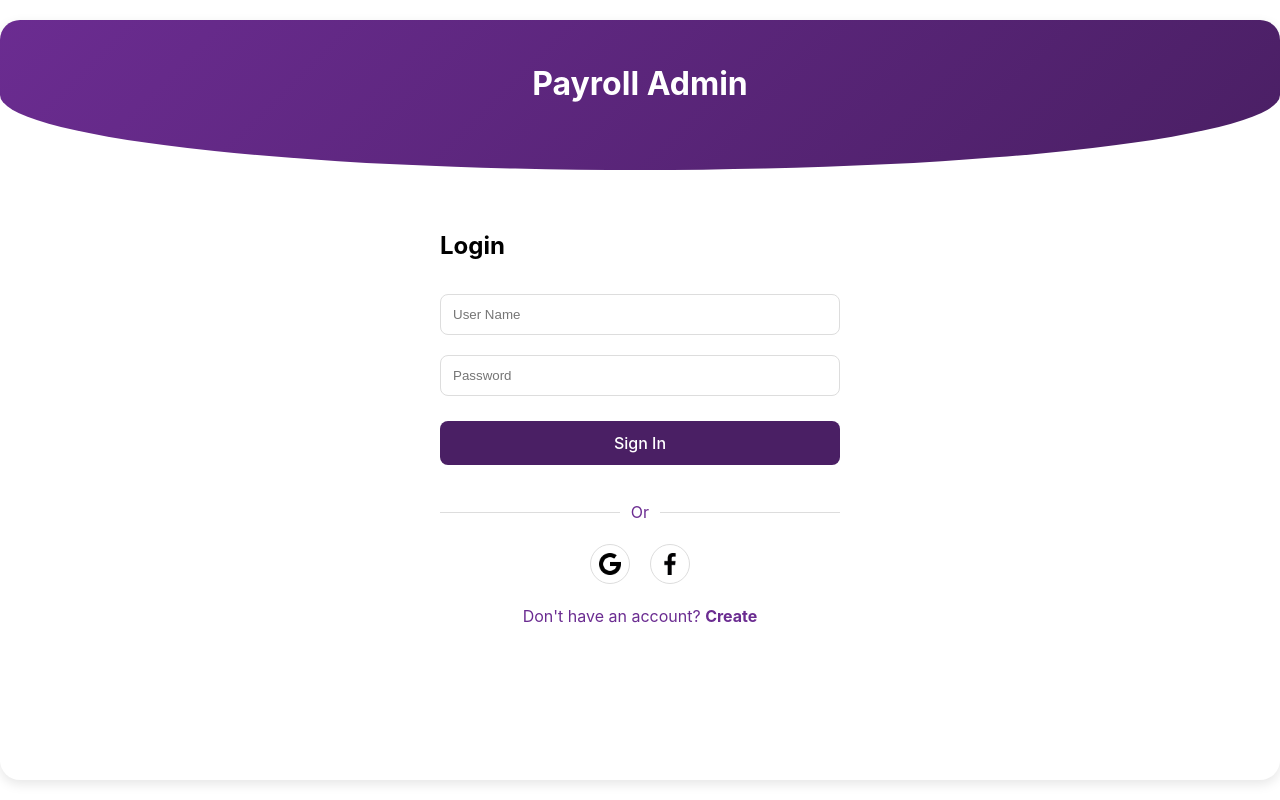
Repository: nino-pixel/payrolllatest
Page: / (app in web_vue/)
An editor plug-in stored every save of this project. The page is shown before and after a run of saves, followed by the edit.
The browser window is 1280 px wide. The pictures show the whole page.
The project was rebuilt for these pictures with package versions that can differ from the ones it lists, and the page was loaded fresh each time. Also part of the build but not shown: web_vue/vite.config.js, web_vue/src/components/sign_up.vue, web_vue/src/components/dashboard.vue, web_vue/src/components/employee_management.vue, web_vue/src/components/attendance_management.vue, web_vue/src/components/generate_payroll.vue, web_vue/src/components/mark_attendance_manually.vue, web_vue/src/components/view_payment_history.vue and 2 more.

Above is the page before, as saved 2024-12-20 08:12:34.

### web_vue/src/main.js
import { createApp } from 'vue'
import './style.css'
import App from './App.vue'
import router from './router'
import html2pdf from 'html2pdf.js';
// ECharts imports
import VChart from 'vue-echarts'
import { use } from 'echarts/core'
import { CanvasRenderer } from 'echarts/renderers'
import { PieChart, LineChart, BarChart, GaugeChart } from 'echarts/charts'
import {
  TitleComponent,
  TooltipComponent,
  LegendComponent,
  GridComponent
} from 'echarts/components'

// Register ECharts components
use([
  CanvasRenderer,
  PieChart,
  LineChart,
  BarChart,
  GaugeChart,
  TitleComponent,
  TooltipComponent,
  LegendComponent,
  GridComponent
])

const app = createApp(App)
app.component('v-chart', VChart)
app.use(router)
app.mount('#app')

### web_vue/src/style.css
:root {
  font-family: Inter, system-ui, Avenir, Helvetica, Arial, sans-serif;
  line-height: 1.5;
  font-weight: 400;
  color-scheme: light dark;
  color: rgba(255, 255, 255, 0.87);
  background-color: #242424;
  font-synthesis: none;
  text-rendering: optimizeLegibility;
  -webkit-font-smoothing: antialiased;
  -moz-osx-font-smoothing: grayscale;
}

body {
  margin: 0;
  padding: 0;
  min-height: 100vh;
  width: 100%;
}

/* Remove the centering and width constraints */
#app {
  max-width: none;
  margin: 0;
  padding: 0;
  width: 100%;
  min-height: 100vh;
}

/* Adjust other styles */
.card {
  padding: 2em;
  width: 100%;
  box-sizing: border-box;
}

button {
  border-radius: 8px;
  border: 1px solid transparent;
  padding: 0.6em 1.2em;
  font-size: 1em;
  font-weight: 500;
  font-family: inherit;
  background-color: #1a1a1a;
  cursor: pointer;
  transition: border-color 0.25s;
}

/* Media query adjustments */
@media (prefers-color-scheme: light) {
  :root {
    color: #213547;
    background-color: #ffffff;
  }
  a:hover {
    color: #747bff;
  }
  button {
    background-color: #f9f9f9;
  }
}

### web_vue/src/App.vue
<template>
  <div id="app">
    <Sidebar v-if="showSidebar" />
    <router-view />
  </div>
</template><script>
import Sidebar from './components/Sidebar.vue'

export default {
  name: 'App',
  components: {
    Sidebar
  },
  computed: {
    showSidebar() {
      // Don't show sidebar on login or signup pages
      const noSidebarRoutes = ['/login', '/signup']
      return !noSidebarRoutes.includes(this.$route.path)
    }
  }
}
</script>

<style>
#app {
  display: flex;
}

.router-view {
  margin-left: v-bind('showSidebar ? "250px" : "0"');
  width: 100%;
}
</style>

### web_vue/src/router/index.js
import { createRouter, createWebHistory } from 'vue-router'
import LoginPage from '../components/login_page.vue'
import SignupPage from '../components/sign_up.vue'
import Dashboard from '../components/dashboard.vue'
import EmployeeManagement from '../components/employee_management.vue'
import AttendanceManagement from '../components/attendance_management.vue'
import GeneratePayroll from '../components/generate_payroll.vue'
import MarkAttendanceManually from '../components/mark_attendance_manually.vue'
import ViewPaymentHistory from '../components/view_payment_history.vue'
import SalaryAdjustment from '../components/salary_adjustment.vue'
import reports_and_analytics from '../components/reports_and_analytics.vue'
import Sidebar from '../components/Sidebar.vue'
const routes = [
  {
    path: '/login',
    name: 'Login',
    component: LoginPage,
    meta: { requiresAuth: false },
    layout: 'no-sidebar'  // Add this meta field


  },
  {
    path: '/',
    redirect: '/dashboard'
  },
  {
    path: '/signup',
    name: 'Signup',
    component: SignupPage,
    meta: { requiresAuth: false },
    layout: 'no-sidebar'  // Add this meta field


  },
  {
    path: '/dashboard',
    name: 'Dashboard',
    component: Dashboard,
    meta: { requiresAuth: true }

  },
  {
    path: '/employees',
    name: 'Employees',
    component: EmployeeManagement,
    meta: { requiresAuth: true }

  },
  {
    path: '/attendance',
    name: 'Attendance',
    component: AttendanceManagement,
    meta: { requiresAuth: true }

  },
  {
    path: '/generate_payroll',
    name: 'GeneratePayroll',
    component: GeneratePayroll
  },
  {
    path: '/mark_attendance_manually',
    name: 'MarkAttendanceManually',
    component: MarkAttendanceManually
  },
  {
    path: '/view_payment_history',
    name: 'ViewPaymentHistory',
    component: ViewPaymentHistory
  },
  {
    path: '/salary_adjustment',
    name: 'SalaryAdjustment',
    component: SalaryAdjustment
  },
  {
    path: '/reports_and_analytics',
    name: 'ReportsAndAnalytics',
    component: reports_and_analytics
  },
  {
    path: '/sidebar',
    name: 'Sidebar',
    component: Sidebar
  }

  // Add other routes here as needed
]

const router = createRouter({
  history: createWebHistory(),
  routes
})
router.beforeEach((to, from, next) => {
  const isAuthenticated = !!localStorage.getItem('token')

  // If route requires auth and user is not authenticated
  if (to.meta.requiresAuth && !isAuthenticated) {
    next('/login')
  }
  // If trying to access login/signup while authenticated
  else if ((to.path === '/login' || to.path === '/signup') && isAuthenticated) {
    next('/dashboard')
  }
  // Otherwise proceed normally
  else {
    next()
  }
})
export default router

### web_vue/src/components/Sidebar.vue
<template>
    <div class="sidebar" :class="{ 'collapsed': isCollapsed }">
      <div class="sidebar-header">
        <img src="../assets/payroll_logo.png" alt="PayrollEmp" class="logo">
      </div>

      <nav class="sidebar-nav">
        <router-link to="/dashboard" class="nav-item">
          <i class="fas fa-chart-line"></i>
          <span v-if="!isCollapsed">Dashboard</span>
        </router-link>

        <div class="nav-group">
          <div class="nav-group-title" v-if="!isCollapsed">Employee Management</div>
          <router-link to="/employees" class="nav-item">
            <i class="fas fa-users"></i>
            <span v-if="!isCollapsed">Employees</span>
          </router-link>
          <router-link to="/salary_adjustment" class="nav-item">
            <i class="fas fa-money-bill-wave"></i>
            <span v-if="!isCollapsed">Salary Adjustment</span>
          </router-link>
        </div>

        <div class="nav-group">
          <div class="nav-group-title" v-if="!isCollapsed">Attendance</div>
          <router-link to="/attendance" class="nav-item">
            <i class="fas fa-calendar-check"></i>
            <span v-if="!isCollapsed">Attendance Management</span>
          </router-link>
          <router-link to="/mark_attendance_manually" class="nav-item">
            <i class="fas fa-clock"></i>
            <span v-if="!isCollapsed">Mark Attendance</span>
          </router-link>
        </div>

        <div class="nav-group">
          <div class="nav-group-title" v-if="!isCollapsed">Payroll</div>
          <router-link to="/generate_payroll" class="nav-item">
            <i class="fas fa-file-invoice-dollar"></i>
            <span v-if="!isCollapsed">Generate Payroll</span>
          </router-link>
          <router-link to="/view_payment_history" class="nav-item">
            <i class="fas fa-history"></i>
            <span v-if="!isCollapsed">Payment History</span>
          </router-link>
        </div>

        <router-link to="/reports_and_analytics" class="nav-item">
          <i class="fas fa-chart-bar"></i>
          <span v-if="!isCollapsed">Reports & Analytics</span>
        </router-link>
      </nav>

      <div class="sidebar-footer">
        <div class="minimize-btn-container">
          <button class="collapse-btn" @click="toggleSidebar">
            <i :class="isCollapsed ? 'fas fa-chevron-right' : 'fas fa-chevron-left'"></i>
          </button>
        </div>

        <div class="logout-container">
          <button class="logout-btn" @click="handleLogout">
            <i class="fas fa-sign-out-alt"></i>
            <span v-if="!isCollapsed">Logout</span>
          </button>
        </div>
      </div>
    </div>
  </template>

  <script>
  export default {
    name: 'Sidebar',
    data() {
      return {
        isCollapsed: false
      }
    },
    methods: {
      toggleSidebar() {
        this.isCollapsed = !this.isCollapsed
      },
      handleLogout() {
        if (confirm('Are you sure you want to logout?')) {
          localStorage.removeItem('token');
          localStorage.removeItem('user');
          this.$router.push('/login');
        }
      }
    }
  }
  </script>

  <style scoped>
  .sidebar {
    width: 250px;
    height: 100vh;
    background: linear-gradient(135deg, #660066, #cc66ff);
    color: white;
    position: fixed;
    left: 0;
    top: 0;
    transition: all 0.3s ease;
    z-index: 100;
    display: flex;
    flex-direction: column;
    overflow: hidden;
  }

  .sidebar.collapsed {
    width: 60px;
  }


  .sidebar-header {
  padding: 0.5rem; /* Reduced padding */
  display: flex;
  align-items: center;
  justify-content: center;
  border-bottom: 1px solid rgba(255, 255, 255, 0.1);
  min-height: 50px; /* Reduced height */
}
.logo {
  height: 45px; /* Smaller logo */
  width: 45px;
  border-radius: 360%;
}

.sidebar-nav {
  padding: 0.3rem 0; /* Reduced padding */
  flex: 1;
  display: flex;
  flex-direction: column;
  gap: 0.2rem; /* Add small gap between items */
}

.nav-group {
  margin-bottom: 0.3rem; /* Reduced margin */
}

.nav-group-title {
  padding: 0.2rem 1rem; /* Reduced padding */
  font-size: 0.7rem; /* Smaller font */
  text-transform: uppercase;
  color: rgba(255, 255, 255, 0.6);
}

.nav-item {
  position: relative;
  z-index: 1;
  display: flex;
  align-items: center;
  padding: 0.3rem 1rem; /* Reduced padding */
  color: white;
  text-decoration: none;
  transition: all 0.3s ease;
  gap: 0.75rem;
  height: 32px; /* Reduced height */
  font-size: 0.85rem; /* Slightly smaller font */
}

  .nav-item:hover {
    background: rgba(255, 255, 255, 0.1);
  }

  .nav-item.router-link-active {
    background: rgba(255, 255, 255, 0.2);
  }

  .nav-item i {
    width: 20px;
    text-align: center;
    font-size: 0.9rem; /* Smaller icons */
}

  .nav-item span {
    font-size: 0.85rem;
    white-space: nowrap;
  }

  .sidebar-footer {
    border-top: 1px solid rgba(255, 255, 255, 0.1);
    margin-top: auto;
  }

  .minimize-btn-container {
  height: 32px; /* Reduced height */

    padding: 0.3rem; /* Reduced padding */
    display: flex;
    justify-content: center;
    border-bottom: 1px solid rgba(255, 255, 255, 0.1);
  }

  .collapse-btn {
    background: none;
    border: none;
    color: white;
    cursor: pointer;
    padding: 0.3rem;
    width: 100%;
    height: 32px; /* Reduced height */
    transition: all 0.3s ease;
  }

  .collapse-btn:hover {
    background: rgba(255, 255, 255, 0.1);
    border-radius: 4px;
  }

  .logout-container {
    padding: 0.3rem; /* Reduced padding */
}

  .logout-btn {
    width: 100%;
    display: flex;
    align-items: center;
    gap: 0.75rem;
    padding: 0.4rem 1rem; /* Reduced padding */
    background: rgba(220, 53, 69, 0.1);
    border: none;
    border-radius: 4px;
    color: #fff;
    cursor: pointer;
    transition: all 0.3s ease;
  height: 32px; /* Reduced height */
  font-size: 0.85rem;

  }

  .logout-btn:hover {
    background: rgba(220, 53, 69, 0.2);
  }

  .logout-btn i {
    width: 20px;
    text-align: center;
  font-size: 0.9rem; /* Smaller icon */

  }

  .sidebar.collapsed .logout-btn span {
    display: none;
  }

  @media (max-width: 768px) {
    .sidebar {
      width: 60px;
    }

    .sidebar.collapsed {
      width: 0;
      overflow: hidden;
    }

    .nav-group-title {
      display: none;
    }
  }
  </style>

### web_vue/src/components/login_page.vue
<template>
  <div class="login-container">
    <div class="wave-bg"></div>
    <h1>Payroll Admin</h1>

    <div class="login-form">
      <h2>Login</h2>
      <input
        type="text"
        v-model="username"
        placeholder="User Name"
        required
      >
      <input
        type="password"
        v-model="password"
        placeholder="Password"
        required
      >
      <!-- Error message display -->
      <div v-if="error" class="error-message">
        {{ error }}
      </div>
      <button
        class="sign-in"
        @click="handleLogin"
      >
        Sign In
      </button>

      <div class="divider">
        <span>Or</span>
      </div>

      <div class="social-login">
        <button class="google" @click="handleGoogleLogin">
          <img src="../assets/google-icon.png" alt="Google">
        </button>
        <button class="facebook" @click="handleFacebookLogin">
          <img src="../assets/facebook-icon.png" alt="Facebook">
        </button>
      </div>

      <p class="signup-link">
        Don't have an account?
        <router-link :to="{ path: '/signup' }">Create</router-link>
      </p>
    </div>
  </div>
</template>

<script>
export default {
  name: 'LoginPage',
  data() {
    return {
      username: '',
      password: '',
      error: ''
    }
  },
  methods: {
    handleLogin() {
      // Basic validation
      if (!this.username || !this.password) {
        this.error = 'Please enter both username and password';
        return;
      }

      // Clear any previous errors
      this.error = '';

      // Store dummy token and user data
      localStorage.setItem('token', 'dummy-token');
      localStorage.setItem('user', JSON.stringify({ username: this.username }));
        // Force a page reload after setting token
        window.location.href = '/dashboard';
      // Redirect to dashboard
      this.$router.push('/dashboard');
    },
    handleGoogleLogin() {
      localStorage.setItem('token', 'google-dummy-token');
      window.location.href = '/dashboard';
    },
    handleFacebookLogin() {
      console.log('Facebook login clicked');
      // For testing: direct login
      localStorage.setItem('token', 'facebook-dummy-token');
      this.$router.push('/dashboard');
    }
  }
}
</script>

<style scoped>
h2 {
  color: black;
}

body {
  margin: 0;
  font-family: Arial, sans-serif;
  background: #f5f5f5;
}

.login-container {
  width: 100%;
  position: relative;
  min-height: 100vh;
  margin: 20px auto;
  padding: 20px;
  background: white;
  border-radius: 20px;
  box-shadow: 0 4px 12px rgba(0,0,0,0.1);
  display: flex;
  flex-direction: column;
  align-items: center;
}

.wave-bg {
  position: absolute;
  top: 0;
  left: 0;
  right: 0;
  height: 150px;
  background: linear-gradient(135deg, #6b2c91, #4a1f64);
  border-radius: 20px 20px 50% 50%;
}

h1 {
  color: white;
  position: relative;
  margin: 20px;
}

.login-form {
  padding: 20px;
  margin-top: 60px;
  width: 100%;
  max-width: 400px; /* Added max-width for better form sizing */
}

input {
  width: 100%;
  padding: 12px;
  margin: 10px 0;
  border: 1px solid #ddd;
  border-radius: 8px;
  box-sizing: border-box;
  transition: border-color 0.3s ease; /* Smooth transition for focus */
}

input:focus {
  outline: none;
  border-color: #6b2c91;
  box-shadow: 0 0 0 2px rgba(107, 44, 145, 0.1);
}

.sign-in {
  width: 100%;
  padding: 12px;
  background: #4a1f64;
  color: white;
  border: none;
  border-radius: 8px;
  margin: 15px 0;
  cursor: pointer;
  transition: background-color 0.3s ease;
}

.sign-in:hover {
  background: #5a2574;
}

/* New error message style */
.error-message {
  background-color: rgba(220, 53, 69, 0.1);
  color: #dc3545;
  padding: 10px;
  border-radius: 8px;
  margin: 10px 0;
  text-align: center;
  font-size: 0.9rem;
}

.divider {
  text-align: center;
  margin: 20px 0;
  position: relative;
  color: #6b2c91;
}

.divider::before,
.divider::after {
  content: "";
  position: absolute;
  top: 50%;
  width: 45%;
  height: 1px;
  background: #ddd;
}

.divider::before { left: 0; }
.divider::after { right: 0; }

.social-login {
  display: flex;
  justify-content: center;
  gap: 20px;
}

.social-login button {
  width: 40px;
  height: 40px;
  border-radius: 50%;
  border: 1px solid #ddd;
  background: white;
  cursor: pointer;
  padding: 8px;
  transition: transform 0.3s ease, box-shadow 0.3s ease;
}

.social-login button:hover {
  transform: translateY(-2px);
  box-shadow: 0 4px 8px rgba(0,0,0,0.1);
}

.social-login img {
  width: 100%;
  height: 100%;
  object-fit: contain;
}

.signup-link {
  text-align: center;
  margin-top: 20px;
  color: #6b2c91;
}

.signup-link a {
  color: #6b2c91;
  text-decoration: none;
  font-weight: bold;
  transition: color 0.3s ease;
}

.signup-link a:hover {
  color: #4a1f64;
}

/* Responsive adjustments */
@media (max-width: 768px) {
  .login-container {
    margin: 0;
    border-radius: 0;
  }

  .wave-bg {
    border-radius: 0 0 50% 50%;
  }

  .login-form {
    padding: 15px;
  }
}
</style>

After the next 3 saves:
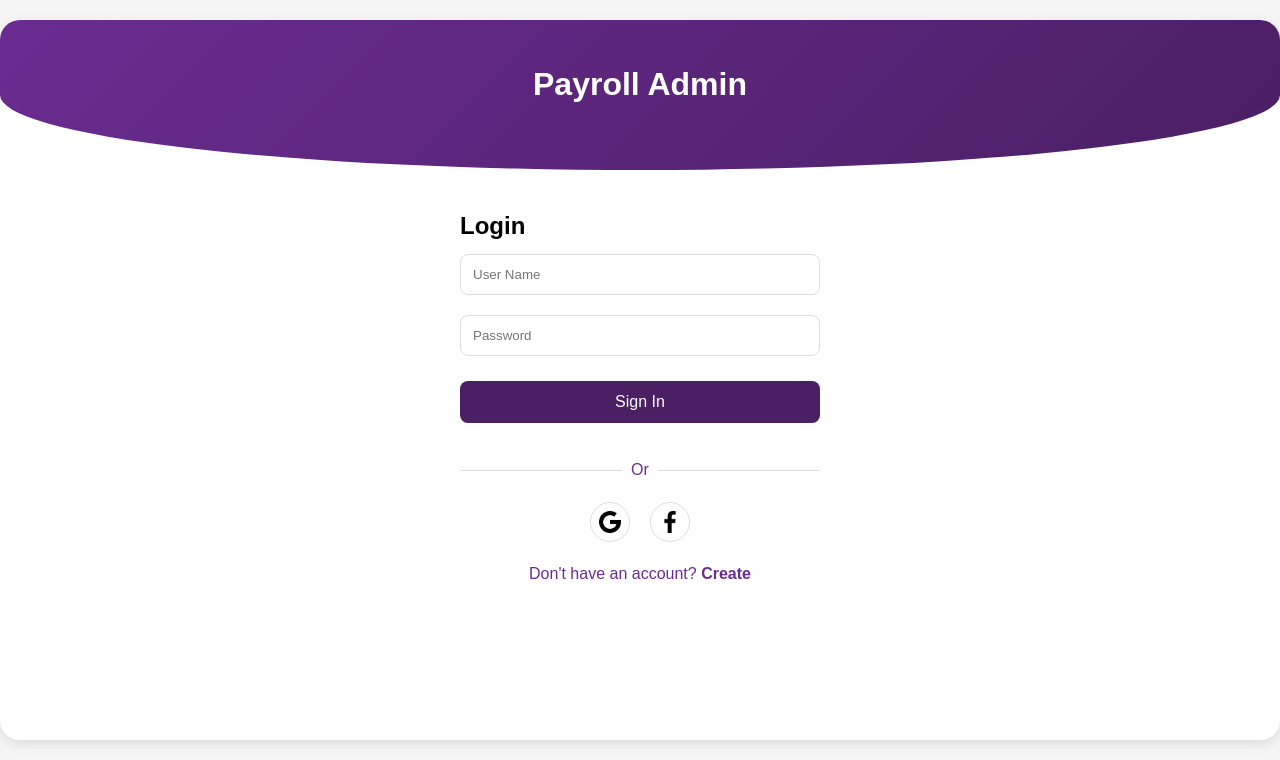
The 3 saves are shown as one change because 1 did not build or start and some came seconds apart.
The last was saved 27 s later.
--- a/web_vue/src/App.vue
+++ b/web_vue/src/App.vue
@@ -3,7 +3,8 @@
     <Sidebar v-if="showSidebar" />
     <router-view />
   </div>
-</template><script>
+</template>
+<script>
 import Sidebar from './components/Sidebar.vue'
 
 export default {
@@ -12,22 +13,82 @@ export default {
     Sidebar
   },
   computed: {
-    showSidebar() {
-      // Don't show sidebar on login or signup pages
-      const noSidebarRoutes = ['/login', '/signup']
-      return !noSidebarRoutes.includes(this.$route.path)
+    isLoggedIn() {
+      return !!localStorage.getItem('token')
+    },
+    isLoginPage() {
+      return this.$route.path === '/login'
     }
   }
 }
 </script>
 
 <style>
-#app {
-  display: flex;
+* {
+  margin: 0;
+  padding: 0;
+  box-sizing: border-box;
 }
 
-.router-view {
-  margin-left: v-bind('showSidebar ? "250px" : "0"');
-  width: 100%;
+#app {
+  font-family: Arial, sans-serif;
+  -webkit-font-smoothing: antialiased;
+  -moz-osx-font-smoothing: grayscale;
+  display: flex;
+  min-height: 100vh;
+  background: #f5f5f5;
+}
+
+.main-content {
+  flex: 1;
+  min-height: 100vh;
+  transition: margin-left 0.3s ease;
+}
+
+/* Add margin when sidebar is present */
+.main-content.with-sidebar {
+  margin-left: 250px; /* Same as sidebar width */
+}
+
+/* Responsive adjustments */
+@media (max-width: 768px) {
+  .main-content.with-sidebar {
+    margin-left: 60px; /* Same as collapsed sidebar width */
+  }
+}
+
+/* Global styles for consistent look */
+button {
+  cursor: pointer;
+}
+
+input, button {
+  font-family: inherit;
+}
+
+/* Transition effects */
+.fade-enter-active, .fade-leave-active {
+  transition: opacity 0.3s;
+}
+.fade-enter, .fade-leave-to {
+  opacity: 0;
+}
+
+/* Optional: Add scrollbar styling */
+::-webkit-scrollbar {
+  width: 8px;
+}
+
+::-webkit-scrollbar-track {
+  background: #f1f1f1;
+}
+
+::-webkit-scrollbar-thumb {
+  background: #888;
+  border-radius: 4px;
+}
+
+::-webkit-scrollbar-thumb:hover {
+  background: #555;
 }
 </style>
